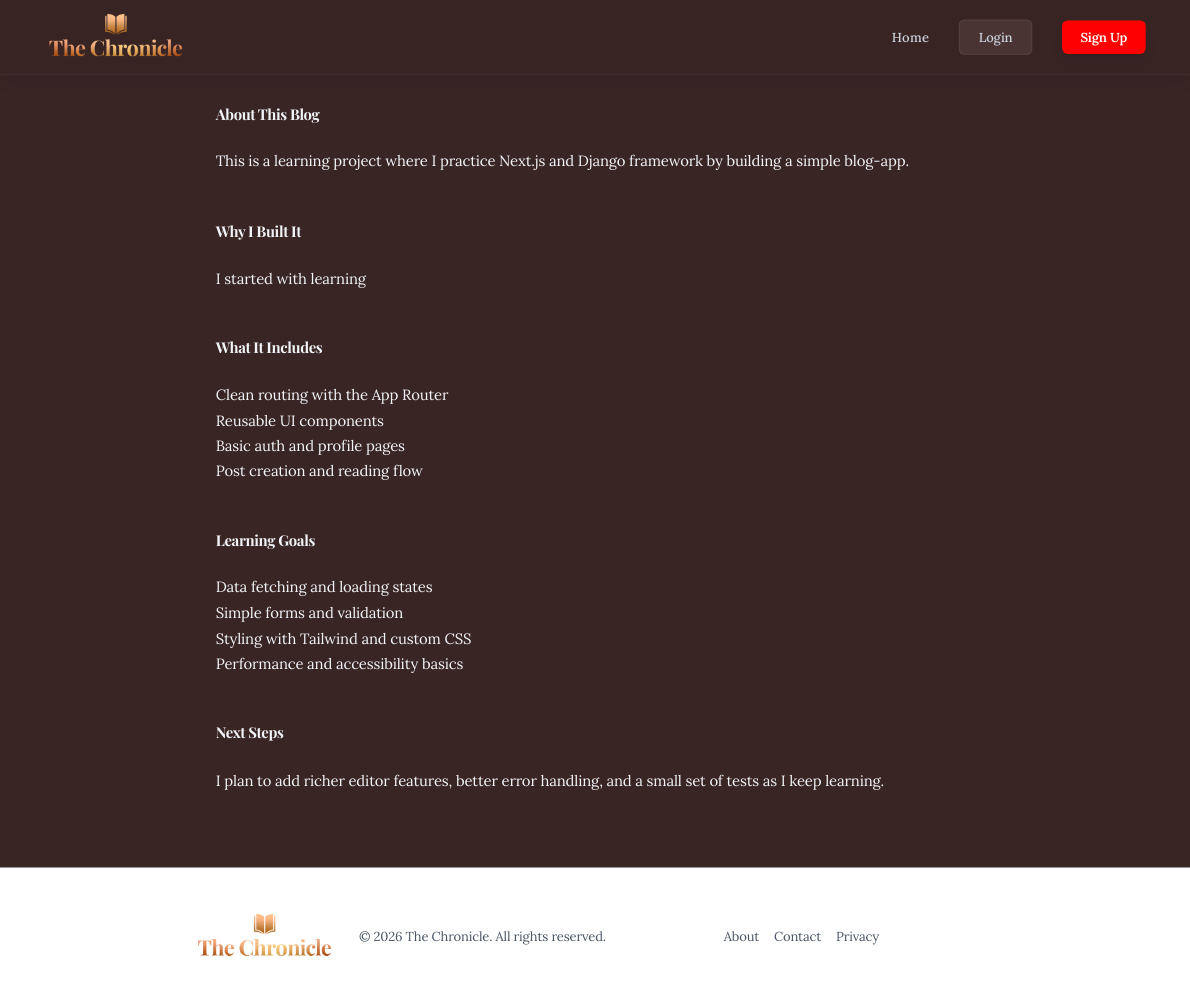
Repository: swaruplamsal/BasicBlogApp
Page: /about (app in blog-frontend/)
The author's editor kept a copy of each file at every save. The page is drawn from the files as they stood at one save, then again after the next save.
The browser window is 1280 px wide. The pictures show the whole page, at 93% of full size.
The page's requests for data from a server got no answer. The project was rebuilt for these pictures with package versions that can differ from the ones it lists, and the page was loaded fresh each time. The framework's server and built-in components were replaced by stand-ins that run in the browser. No one was signed in, and anything a server would have sent is missing. Also part of the build but not shown: blog-frontend/next.config.mjs, blog-frontend/app/components/Avatar.js.

Above is the page before, as saved 2026-02-07 20:52:28.

After the next save:
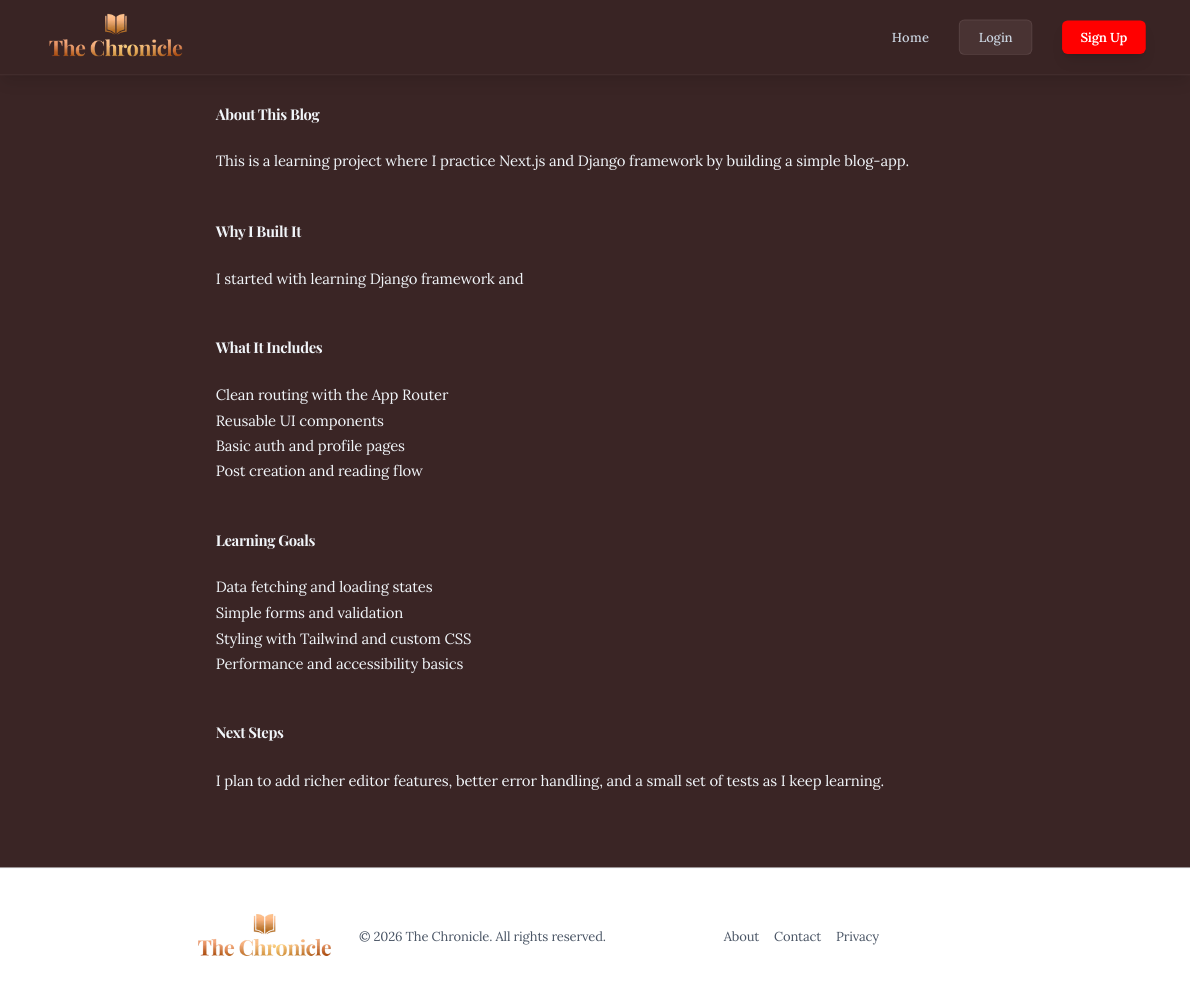
Saved 9 s later.
--- a/blog-frontend/app/about/page.js
+++ b/blog-frontend/app/about/page.js
@@ -22,7 +22,7 @@ export default function About() {
           <h2>Why I Built It</h2>
           <br />
           <p>
-            I started with learning
+            I started with learning Django framework and
           </p>
         </section>
         <br />
